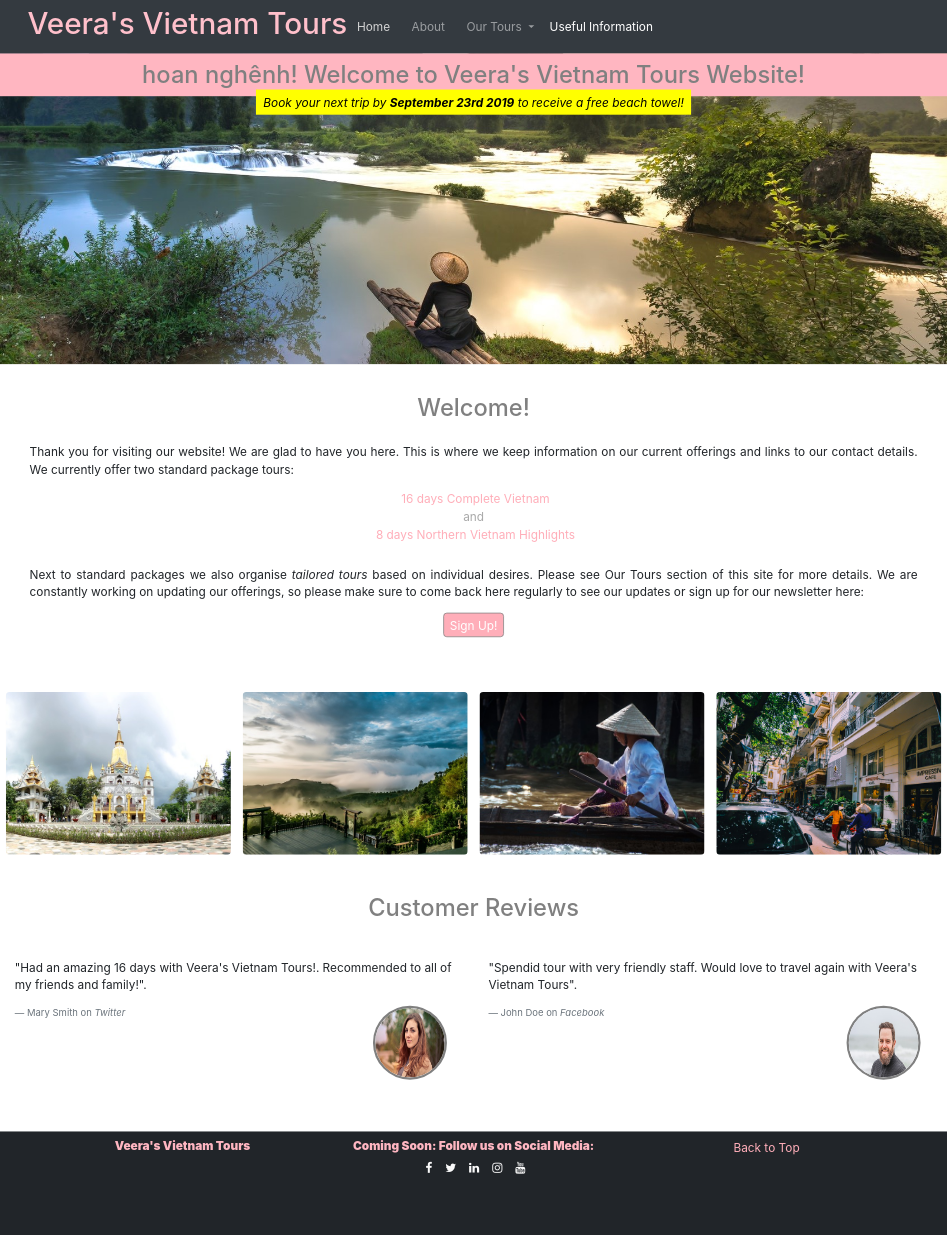
Repository: VAhola/VietnamTour
Page: index.html
The author's editor kept a record of every edit. The page is drawn from the files as they stood at one moment, then again after the next edit.
The browser window is 1280 px wide. The pictures show the whole page, at 74% of full size.

Above is the page before.

### index.html
<!DOCTYPE html>
<html lang="en">
   <head>
      <meta charset="UTF-8">
      <meta name="viewport" content="width=device-width, initial-scale=1.0">
      <meta http-equiv="X-UA-Compatible" content="ie=edge">
      <link rel="stylesheet" href="https://stackpath.bootstrapcdn.com/bootstrap/4.3.1/css/bootstrap.min.css" type="text/css" />
      <link rel="stylesheet" href="https://stackpath.bootstrapcdn.com/font-awesome/4.7.0/css/font-awesome.min.css" type="text/css" />
      <link rel="stylesheet" href="Assets/stylesheet/style.css" type="text/css" />
      <title>Vietnam Project</title>
   </head>
   <body>
      <!--Nav-->
      <nav class="navbar navbar-dark navbar-expand-sm bg-dark top">
         <a class="navbar-brand title"></a>
         <h1 style="color:pink;">Veera's Vietnam Tours <br></h1>
         <button class="navbar-toggler ml-auto" type="button" data-toggle="collapse" data-target="#navbarNavDropdown" aria-controls="navbarNavDropdown" aria-expanded="false" aria-label="Toggle navigation">
         <span class="navbar-toggler-icon"></span></button>
         <div class="collapse navbar-collapse" id="navbarNavDropdown">
            <ul class="navbar-nav mr-auto">
               <li class="nav-item mr-2"><a class="nav-link" href="index.html" style="color:lightgray;">Home</a></li>
               <li class="nav-item mr-2"><a class="nav-link" href="about.html">About</a></li>
               <li class="nav-item dropdown">
                  <a class="nav-link dropdown-toggle" href="#" id="navbarDropdownMenuLink" role="button" data-toggle="dropdown" aria-haspopup="true" aria-expanded="false">
                  Our Tours
                  </a>
                  <div class="dropdown-menu" aria-labelledby="navbarDropdownMenuLink">
                     <a class="dropdown-item" href="16d.html">16 Day Complete Vietnam</a>
                     <a class="dropdown-item" href="8d.html">8 Days Vietnam at glance</a>
                  </div>
               </li>
               <li class="active nav-item mr-2"><a class="nav-link" href="Info.html">Useful Information</a></li>
            </ul>
         </div>
      </nav>
      <!-- /.nav -->
      <!--Banner-->
      <div class="section1">
         <h2 class="intro">
            hoan nghênh! Welcome to Veera's Vietnam Tours Website!
         </h2>
         <div class=container4>
            <p><em>Book your next trip by <strong>September 23rd 2019</strong> to receive a free beach towel!</em></p>
         </div>
      </div>
      <!-- /.banner -->
      <!--Main-->
      <div class=wrapper>
         <div class="welcome">
            <h2> Welcome!</h2>
            <div class="desth">
               <p>Thank you for visiting our website! We are glad to have you here.
                  This is where we keep information on our current offerings and links to our contact details.
                  We currently offer two standard package tours:
               </p>
               <div class="tours">
                  <p class="compact"><a href="16d.html" style="color:#ffaeb9">16 days Complete Vietnam</a></p>
                  <p class="compact">and</p>
                  <p class="compact"><a href="8d.html" style="color:#ffaeb9">8 days Northern Vietnam Highlights</a></p>
               </div>
               <p>Next to standard packages we also organise <em>tailored tours</em> based on individual desires. Please see Our Tours section of this site for more details. We are constantly working on updating our offerings, so please make sure to come back here regularly to see our updates or sign up for our newsletter here:
                  <br>
            </div>
            <div class="center">
               <p><button class="btn btn-lg btn-success1" style=text-align:center data-toggle="modal" data-target="#signUpModal">Sign Up!</button></p>
            </div>
         </div>
         <div class="gallery">
            <figure>
               <img src="Assets/pictures/pagoda-704657_640.jpg" class="gallery__img bicubic" alt="Beautiful pagoda">
            </figure>
            <figure>
               <img src="Assets/pictures/pagoda-2096468_640.jpg" class="gallery__img bicubic" alt="Misty mountain forest view">
            </figure>
            <figure>
               <img src="Assets/pictures/vietnam-630445_640.jpg" class="gallery__img bicubic" alt="Boat on a river">
            </figure>
            <figure>
               <img src="Assets/pictures/architecture-buildings-car-1004122.jpg" class="gallery__img bicubic" alt="Small town street">
            </figure>
         </div>
         <h2>Customer Reviews</h2>
         <div class="clearfix">
            <div class="box">
               <div>
                  <p>"Had an amazing 16 days with Veera's Vietnam Tours!. Recommended to all of my friends and family!".</p>
                  <img src="Assets/pictures/beautiful-blur-blurred-background-733872.jpg" class="rounded-circle mr-3 d-none d-sm-block quote" alt="young woman" height=100 width=100>
                  <footer class="blockquote-footer">Mary Smith on <cite title="Twitter">Twitter</cite></footer>
               </div>
            </div>
            <div class="box">
               <div>
                  <p>"Spendid tour with very friendly staff. Would love to travel again with Veera's Vietnam Tours".</p>
                  <img src="Assets/pictures/adult-beach-casual-736716.jpg" class="rounded-circle mr-3 d-none d-sm-block quote" alt="young man" height=100 width=100>
                  <footer class="blockquote-footer">John Doe on <cite title="Facebook">Facebook</cite></footer>
               </div>
            </div>
         </div>
      </div>
      <!-- /.Main -->
      <!--Footer-->
      <footer class="container-fluid site">
         <div class="col-md-12 center">
            <div class="row contacts">
               <div class="col-md-4">
                  <h6>Veera's Vietnam Tours</h6>
               </div>
               <div class="col-md-4">
                  <h6 class="inline-block center">Coming Soon: Follow us on Social Media:</h6>
                  <ul class="list-inline center">
                     <li class="list-inline-item">
                        <a target="_blank" href="#">
                        <i class="fa fa-facebook" aria-hidden="true"></i>
                        <span class="sr-only">Facebook</span>
                        </a>
                     </li>
                     <li class="list-inline-item">
                        <a target="_blank" href="#">
                        <i class="fa fa-twitter" aria-hidden="true"></i>
                        <span class="sr-only">Twitter</span>
                        </a>
                     </li>
                     <li class="list-inline-item">
                        <a target="_blank" href="#">
                        <i class="fa fa-linkedin" aria-hidden="true"></i>
                        <span class="sr-only">LinkedIn</span>
                        </a>
                     </li>
                     <li class="list-inline-item">
                        <a target="_blank" href="#">
                        <i class="fa fa-instagram" aria-hidden="true"></i>
                        <span class="sr-only">Instagram</span>
                        </a>
                     </li>
                     <li class="list-inline-item">
                        <a target="_blank" href="#">
                        <i class="fa fa-youtube" aria-hidden="true"></i>
                        <span class="sr-only">YouTube</span>
                        </a>
                     </li>
                  </ul>
               </div>
               <div class="col-md-4">
                  <a href="#top" style="color:#ffaeb9">Back to Top</a>
               </div>
            </div>
         </div>
         <div class= "push"></div>
      </footer>
      <!-- /.Footer -->
      <!--Sign Up Modal-->
      <div class="modal" tabindex="-1" role="dialog" id="signUpModal">
         <div class="modal-dialog" role="document">
            <div class="modal-content">
               <div class="modal-header">
                  <h5 class="modal-title">Sign Up For Veera's Vietnam Tours Newsletter!</h5>
                  <button type="button" class="close" data-dismiss="modal" aria-label="Close">
                  <span aria-hidden="true">&times;</span>
                  </button>
               </div>
               <div class="modal-body">
                  <form>
                     <div class="form-group">
                        <label for="exampleInputEmail1">Email address</label>
                        <input type="email" class="form-control" id="exampleInputEmail1" aria-describedby="emailHelp" placeholder="Enter email">
                        <small id="emailHelp" class="form-text text-muted">We'll never share your email with anyone else.</small>
                     </div>
                     <div class="form-group">
                        <label for="Name">Name</label>
                        <input type="text" class="form-control" id="Name" placeholder="You Name">
                     </div>
                     <button type="submit" class="btn btn-success1">Submit</button>
                  </form>
               </div>
            </div>
         </div>
      </div>
      <!-- /.Sign Up Modal -->
      <!-- JS Scripts -->
      <script src="https://code.jquery.com/jquery-3.3.1.slim.min.js" integrity="sha384-q8i/X+965DzO0rT7abK41JStQIAqVgRVzpbzo5smXKp4YfRvH+8abtTE1Pi6jizo" crossorigin="anonymous"></script>
      <script src="https://cdnjs.cloudflare.com/ajax/libs/popper.js/1.14.3/umd/popper.min.js" integrity="sha384-ZMP7rVo3mIykV+2+9J3UJ46jBk0WLaUAdn689aCwoqbBJiSnjAK/l8WvCWPIPm49" crossorigin="anonymous"></script>
      <script src="https://stackpath.bootstrapcdn.com/bootstrap/4.1.3/js/bootstrap.min.js" integrity="sha384-ChfqqxuZUCnJSK3+MXmPNIyE6ZbWh2IMqE241rYiqJxyMiZ6OW/JmZQ5stwEULTy" crossorigin="anonymous"></script>
   </body>
</html>

### Assets/stylesheet/style.css
html {
	border: none;
	height: 100%;
	margin: 0;
}

body: {
	height: 100%;
	margin: 0;
}

a {
	color: #fafafa;
	margin-left: 5px;
}

article {
	margin: 5px;
}

h2 {
	color: gray;
	text-align: center;
	padding-bottom: 20px;
	padding-top: 20px;
}

h3 {
	color: ;
	text-align: center;
	padding-bottom: 20px;
	padding-top: 20px;
}

h5 {
	color: #ffb6c1;
	text-align: center;
	margin-top: 20px;
	margin-bottom: 10px;
	text-decoration: underline;
}

H6 {
	font-weight: 900;
	color: #ffb6c1;
}

li {
	list-style: none;
}

dl,
ol,
ul {
	margin-top: 0;
	margin-bottom: 1rem;
	padding: 0;
}


/* Styling the header */

.button {
	color: white;
}

.navbar-dark .navbar-brand {
	color: #ffb6c1;
}

.dropdown-menu {
	background-color: #4F4F4F;
}

.dropdown-item {
	color: #b9bec3;
}


/* Styling button */

.btn-group-lg>.btn,
.btn-lg {
	padding: .2rem .5rem;
	font-size: 1rem;
	line-height: 1.5;
}

.btn-success1 {
	color: #fff;
	background-color: #ffaeb9;
	border-color: gray;
	border-width: thin;
}

.btn-success2 {
	color: black;
	background-color: yellow;
	border-color: yellow;
	border-width: thin;
}


/*Styling Image galleries */

img {
	-ms-interpolation-mode: bicubic;
}

.bicubic {
	-ms-interpolation-mode: bicubic;
	image-rendering: optimizeQuality;
}

.gallery__img {
	width: 100%;
	height: 100%;
	object-fit: cover;
	border-radius: 5px;
}

.gallery {
	display: grid;
	display: -ms-flexbox;
	grid-template-columns: repeat(4, 1fr);
	grid-gap: 10px;
	padding-top: 5px;
	margin: 30px 5px;
}

.gallery1 {
	display: grid;
	display: -ms-flexbox;
	grid-template-columns: repeat(3, 1fr);
	padding-top: 0px;
	margin: 0px 0px 30px 0px;
}

.gallery2 {
	display: grid;
	display: -ms-grid;
	grid-template-columns: repeat(2, 3fr);
	grid-gap: 2px;
	padding-top: 20px;
	padding-bottom: 20px;
	padding-right: 10px;
	margin: 0px;
}

.gallery__items--3 {
	grid-column-start: 1;
	grid-column-end: 3;
	grid-row-start: 2;
	grid-row-end: 3;
}

.gallery__itemy--3 {
	grid-column-start: 1;
	grid-column-end: 3;
	grid-row-start: 2;
	grid-row-end: 3;
}

.gallery3 {
	display: grid;
	display: -ms-grid;
	grid-template-columns: repeat(2, 3fr);
	grid-gap: 2px;
	padding-top: 20px;
	padding-bottom: 20px;
	padding-right: 10px;
	margin: 0px;
}

figure {
	margin: 3px;
}


/* Styling Index.html */

.section1 {
	background-size: cover;
	text-align: center;
	background-image: url(../pictures/bamboo-boat-clouds-cloudscape-2132098.jpg);
	background-repeat: no-repeat;
	min-height: 420px;
	color: black;
	padding: 0px;
	background-position-y: bottom;
	background-position-x: center;
	background-color: darkgray;
}

.intro {
	background-color: #ffb6c1;
	padding: 10px 5px;
	color: gray;
	margin-bottom: 0px;
}

div.container4 {
	height: 1em;
	position: relative;
}

div.container4 p {
	margin: 0;
	background: yellow;
	position: absolute;
	top: 50%;
	left: 50%;
	margin-right: -50%;
	transform: translate(-50%, -50%);
	display: unset;
	padding: 5px 10px;
}

.welcome {
	padding: 20px 20px;
}

.desth {
	margin-left: 20px;
	margin-right: 20px;
	text-align: justify;
}

.tours {
	color: darkgray;
	text-align: center;
	margin-bottom: 30px;
}

.compact {
	margin: 0;
}

img.quote {
	border-style: solid;
	border-color: gray;
	float: right;
}

* {
	box-sizing: border-box;
}

div.box {
	float: left;
	width: 50%;
	padding: 20px;
	margin-bottom: 20px;
}

.clearfix::after {
	content: "";
	clear: both;
	display: table;
	padding: 20px;
	margin-bottom: 40px;
}


/* Styling About.html */

.about_us {
	text-align: justify;
	margin: 0px 40px 40px 40px;
}

.contacts {
	margin-left: 20px;
	margin-right: 20px;
	margin-bottom: 20px;
}

div.center {
	text-align: center;
}


/* Styling 8d.html */

.tours1 {
	margin: 20px;
	10px
}

.section5 {
	background-size: cover;
	text-align: center;
	background-image: url(../pictures/IMG-20190712-WA0006_a.jpg);
	background-repeat: no-repeat;
	min-height: 380px;
	color: black;
	padding: 0px;
	background-position-y: bottom;
	background-position-x: center;
}


/* Styling 16d.html */

.section4 {
	background-size: cover;
	text-align: center;
	background-image: url(../pictures/vietnam-2139871_1920_a.jpg);
	background-repeat: no-repeat;
	min-height: 380px;
	color: black;
	padding: 0px;
	background-position-y: bottom;
	background-position-x: center;
}


/*  Styling Info.html */

.info_left {
	border: 3px solid #ddd;
	border-radius: 4px;
	width: 220px;
	margin-right: 10px;
}

.info_right {
	border: 2px solid #ddd;
	border-radius: 4px;
	width: 220px;
	margin-left: 10px;
}

.section2 {
	background-size: cover;
	text-align: center;
	background-image: url(../pictures/chaly-pavement-road-2044867.jpg);
	background-repeat: no-repeat;
	min-height: 180px;
	color: black;
	padding: 0px;
	background-position-y: bottom;
	background-position-x: center;
}

img.map_right {
	border: 1px solid #ddd;
	border-radius: 4px;
	width: 220px;
	margin: 20px 10px;
}

.dest {
	margin-left: 20px;
	margin-right: 20px;
	padding: 10px;
	text-align: justify;
	margin-bottom: 10px;
}


/* Custom color Font Awesome */

.pink {
	color: #ffaeb9;
}


/* Styling Footer  */

.wrapper {
	min-height: 100%;
	margin-bottom: -50px;
}

.push {
	height: 50px;
}

footer.site {
	background-color: #212529;
	color: #ffb6c1;
	background-size: cover;
	margin-bottom: 0;
	padding-bottom: 10px;
	padding-top: 10px;
	flex-shrink: 0;
	display: -webkit-box;
	height: 140px;
}

.bottom {
	margin-bottom: 0;
}

div.footer-details.row {
	width: 100%;
}


/* media queries */

@media (max-width:767px) {
	body {
		font-size: small;
	}
	p {
		font-size: small;
	}
	.welcome {
		padding: 5px 5px;
	}
	h1,
	h2,
	h3,
	h4,
	h5,
	h6 {
		font-size: small;
	}
	em {
		font-size: small;
	}
	img.map_right {
		width: 130px;
		margin-left: 5px;
	}
	.info_left {
		width: 120px;
	}
	.info_right {
		width: 120px;
	}
	.dest {
		margin-left: 10px;
		margin-right: 10px;
		padding: 5px;
	}
	.section1 {
		background-size: cover;
		text-align: center;
		background-image: url(../pictures/bamboo-boat-clouds-cloudscape-2132098.jpg);
		background-repeat: no-repeat;
		min-height: 180px;
		color: black;
		padding: 0px;
		background-position-y: bottom;
		background-position-x: center;
		background-color: darkgray;
	}
	.section5 {
		background-size: cover;
		text-align: center;
		background-image: url(../pictures/IMG-20190712-WA0006_a.jpg);
		background-repeat: no-repeat;
		min-height: 180px;
		color: black;
		padding: 0px;
		background-position-y: bottom;
		background-position-x: center;
	}
	.section4 {
		background-size: cover;
		text-align: center;
		background-image: url(../pictures/vietnam-2139871_1920_a.jpg);
		background-repeat: no-repeat;
		min-height: 180px;
		color: black;
		padding: 0px;
		background-position-y: bottom;
		background-position-x: center;
	}
	.intro {
		margin-bottom: 15px;
	}
	.btn-group-lg>.btn,
	.btn-lg {
		font-size: 0.7rem;
	}
}

@media (min-width: 768px) and (max-width: 991px) {
	.section2 {
		background-image: url(../pictures/chaly-pavement-road-2044867.jpg);
		min-height: 340px;
	}
}

@media (min-width: 992px) and (max-width: 2800px) {
	.section2 {
		background-image: url(../pictures/chaly-pavement-road-2044867.jpg);
		min-height: 480px;
	}
}

After the next edit:
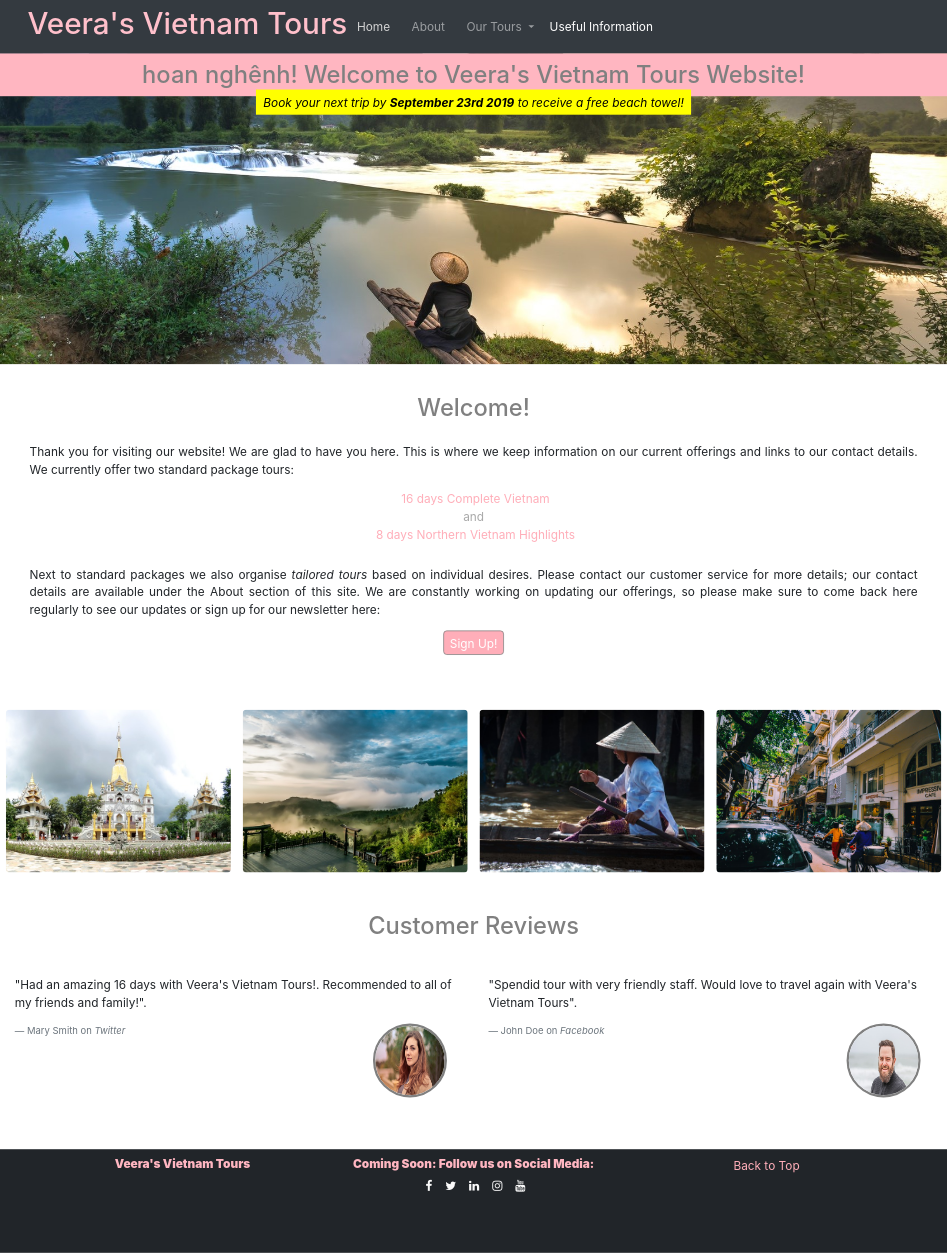
The edit:
--- a/index.html
+++ b/index.html
@@ -58,7 +58,7 @@
                   <p class="compact">and</p>
                   <p class="compact"><a href="8d.html" style="color:#ffaeb9">8 days Northern Vietnam Highlights</a></p>
                </div>
-               <p>Next to standard packages we also organise <em>tailored tours</em> based on individual desires. Please see Our Tours section of this site for more details. We are constantly working on updating our offerings, so please make sure to come back here regularly to see our updates or sign up for our newsletter here:
+               <p>Next to standard packages we also organise <em>tailored tours</em> based on individual desires. Please contact our customer service for more details; our contact details are available under the About section of this site. We are constantly working on updating our offerings, so please make sure to come back here regularly to see our updates or sign up for our newsletter here:
                   <br>
             </div>
             <div class="center">
